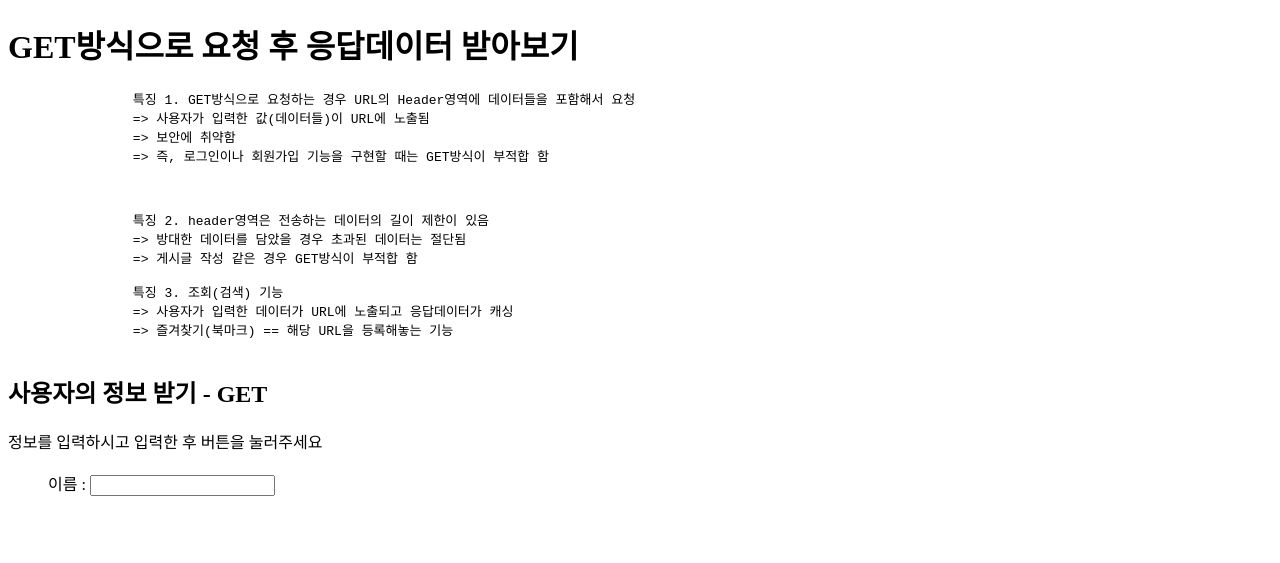
Repository: dltbxkfm86-creator/web
Page: MyFirstWebProject/src/main/webapp/views/request_get.html
These files come from the project's save history. The page is drawn as it stood at one moment and after the next save; the edit follows.
The browser window is 1280 px wide. The pictures show the whole page.

Above is the page before, as saved 2025-09-22 08:08:29.

### MyFirstWebProject/src/main/webapp/views/request_get.html
<!DOCTYPE html>
<html>
<head>
<meta charset="UTF-8">
<title>Get방식 요청 테스트</title>
<style>
	ul {
		list-style : none;
		line-height: 200%;
	}
</style>
</head>
<body>
	<h1>GET방식으로 요청 후 응답데이터 받아보기</h1>

	<pre>
		특징 1. GET방식으로 요청하는 경우 URL의 Header영역에 데이터들을 포함해서 요청
		=> 사용자가 입력한 값(데이터들)이 URL에 노출됨
		=> 보안에 취약함
		=> 즉, 로그인이나 회원가입 기능을 구현할 때는 GET방식이 부적합 함 <br><br>

		특징 2. header영역은 전송하는 데이터의 길이 제한이 있음
		=> 방대한 데이터를 담았을 경우 초과된 데이터는 절단됨
		=> 게시글 작성 같은 경우 GET방식이 부적합 함

		특징 3. 조회(검색) 기능
		=> 사용자가 입력한 데이터가 URL에 노출되고 응답데이터가 캐싱
		=> 즐겨찾기(북마크) == 해당 URL을 등록해놓는 기능
	</pre>

	<h2> 사용자의 정보 받기 - GET </h2>
	<p>정보를 입력하시고 입력한 후 버튼을 눌러주세요</p>

	<form method="get">
		<ul>
			<li>
				이름 : <input type="text">
			</li>
		</ul>
	</form>

</body>
</html>

After the next save:
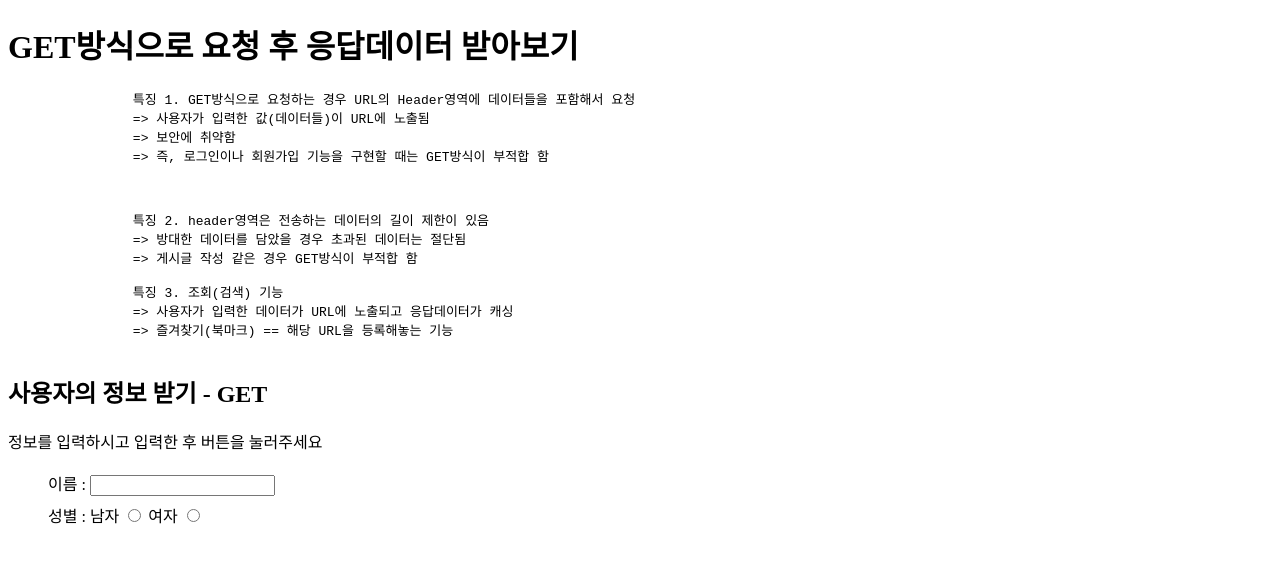
Saved 57 s later.
--- a/MyFirstWebProject/src/main/webapp/views/request_get.html
+++ b/MyFirstWebProject/src/main/webapp/views/request_get.html
@@ -36,6 +36,11 @@
 			<li>
 				이름 : <input type="text">
 			</li>
+			<li>
+				성별 :
+				남자 <input type="radio">
+				여자 <input type="radio">
+			</li>
 		</ul>
 	</form>
 
